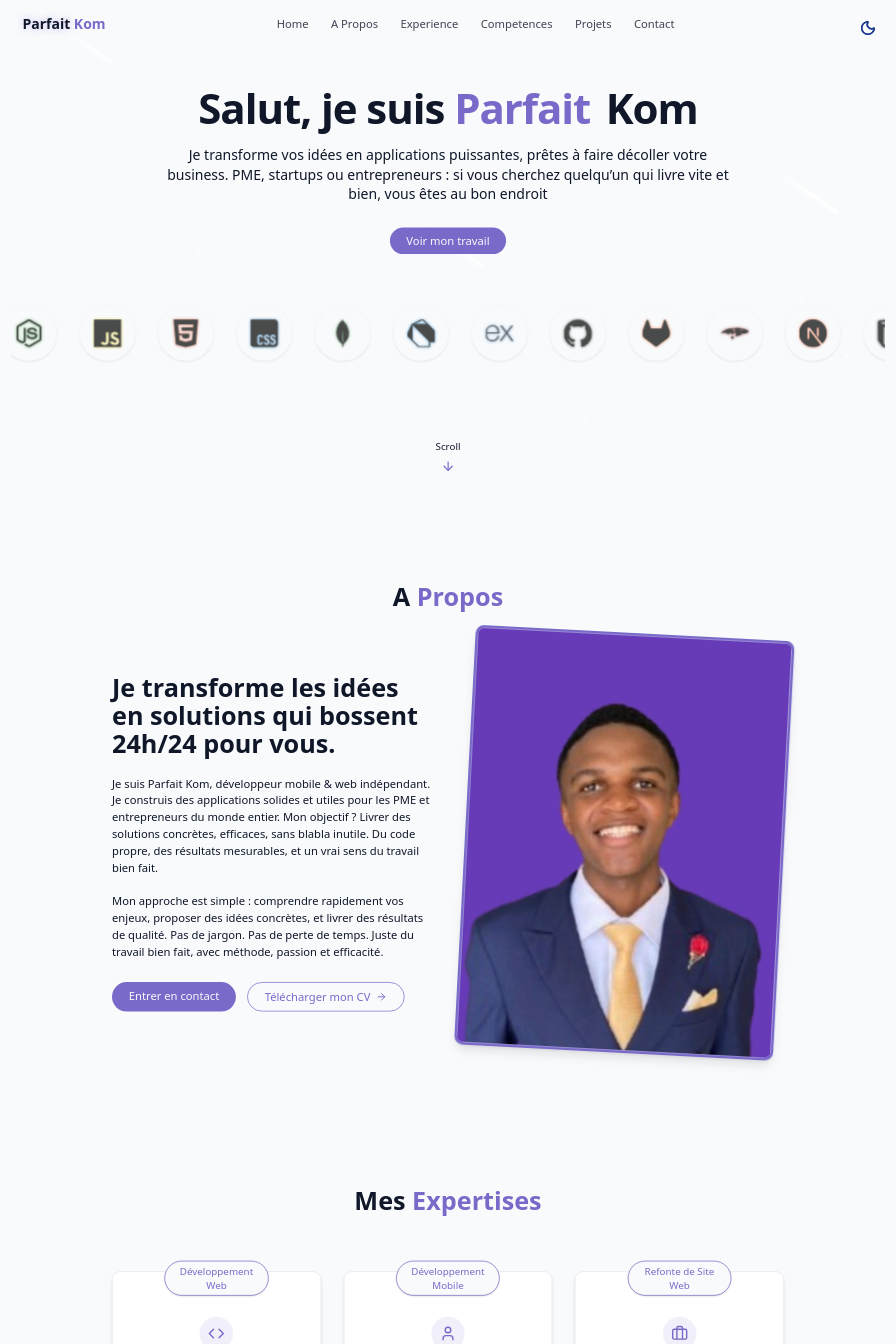
Repository: KOMI18/komi-folio
Page: /
These files come from the project's save history. The page is drawn as it stood at one moment and after the next save; the edit follows.
The browser window is 1280 px wide. The pictures show the part of the page from y = 0 to 1920 px (the page is 6235 px tall), at 70% of full size.
The project was rebuilt for these pictures with package versions that can differ from the ones it lists, and the page was loaded fresh each time. Also part of the build but not shown: vite.config.js, src/pages/NotFound.jsx.

Above is the page before, as saved 2025-06-28 00:04:12.

### index.html
<!doctype html>
<html lang="en">
  <head>
    <meta charset="UTF-8" />
    <link rel="icon" type="image/svg+xml" href="" />
    <meta name="viewport" content="width=device-width, initial-scale=1.0" />
    <title>Parfait Kom</title>
  </head>
  <body>
    <div id="root"></div>
    <script type="module" src="/src/main.jsx"></script>
  </body>
</html>

### src/index.css
@import "tailwindcss";

@theme {
  --color-border: hsl(var(--border));
  --color-background: hsl(var(--background));
  --color-foreground: hsl(var(--foreground));

  --color-primary: hsl(var(--primary));
  --color-primary-foreground: hsl(var(--primary-foreground));

  --color-card: hsl(var(--card));

  --animate-float: float 6s ease-in-out infinite;
  --animate-pulse-subtle: pulse-subtle 4s ease-in-out infinite;
  --animate-fade-in: fade-in 0.7s ease-out forwards;
  --animate-fade-in-delay-1: fade-in 0.7s ease-out 0.2s forwards;
  --animate-fade-in-delay-2: fade-in 0.7s ease-out 0.4s forwards;
  --animate-fade-in-delay-3: fade-in 0.7s ease-out 0.6s forwards;
  --animate-fade-in-delay-4: fade-in 0.7s ease-out 0.8s forwards;
  --animate-meteor: meteor 5s linear infinite;

  @keyframes float {
    0%,
    100% {
      transform: translateY(0);
    }
    50% {
      transform: translateY(-10px);
    }
  }
  @keyframes pulse-subtle {
    0%,
    100% {
      opacity: 1;
    }
    50% {
      opacity: 0.8;
    }
  }
  @keyframes fade-in {
    from {
      opacity: 0;
      transform: translateY(20px);
    }
    to {
      opacity: 1;
      transform: translateY(0);
    }
  }
  @keyframes meteor {
    0% {
      transform: rotate(215deg) translateX(0);
      opacity: 1;
    }
    70% {
      opacity: 1;
    }
    100% {
      transform: rotate(215deg) translateX(-500px);
      opacity: 0;
    }
  }
}

@layer base {
  :root {
    --background: 210 40% 98%;
    --foreground: 222 47% 11%;

    --card: 0 0% 100%;

    --primary: 250 47% 60%;
    --primary-foreground: 210 40% 98%;

    --border: 214 32% 91%;
  }

  .dark {
    --background: 222 47% 4%;
    --foreground: 213 31% 91%;

    --card: 222 47% 8%;

    --primary: 250 65% 65%;
    --primary-foreground: 213 31% 91%;

    --border: 217 33% 20%;
  }

  * {
    @apply border-border;
  }

  html {
    @apply scroll-smooth;
  }

  body {
    @apply bg-background text-foreground transition-colors duration-300;
    font-feature-settings: "rlig" 1, "calt" 1;
  }
}

@utility container {
  margin-inline: auto;
  padding-inline: 2rem;

  @media (width >= 640px) {
    max-width: 640px;
  }
  @media (width >= 768px) {
    max-width: 768px;
  }
  @media (width >= 1024px) {
    max-width: 1024px;
  }
  @media (width >= 1280px) {
    max-width: 1280px;
  }
  @media (width >= 1400px) {
    max-width: 1400px;
  }
}

@utility text-glow {
  @apply relative;
  text-shadow: 0 0 10px rgba(167, 139, 250, 0.5);
}

@utility card-hover {
  @apply transition-transform duration-300 hover:scale-[1.02] hover:shadow-lg;
}

@utility gradient-border {
  @apply relative rounded-md;
  background: linear-gradient(to right, hsl(var(--card)), hsl(var(--card)));
  background-clip: padding-box;
  border: 1px solid transparent;
}

@utility cosmic-button {
  @apply px-6 py-2 rounded-full bg-primary text-primary-foreground font-medium
         transition-all duration-300 hover:shadow-[0_0_10px_rgba(139,92,246,0.5)]
         hover:scale-105 active:scale-95;
}

@utility star {
  @apply absolute rounded-full bg-white;
  box-shadow: 0 0 10px 2px rgba(255, 255, 255, 0.4);
}

@utility meteor {
  @apply absolute bg-linear-to-r from-white via-white to-transparent rounded-full;
  box-shadow: 0 0 10px 5px rgba(255, 255, 255, 0.3);
}

#root {
  max-width: 100%;
  margin: 0 auto;
  padding: 0;
  text-align: center;
}
@keyframes fade-in-up {
  0% {
    opacity: 0;
    transform: translateY(16px);
  }
  100% {
    opacity: 1;
    transform: translateY(0);
  }
}

.animate-fade-in-up {
  animation: fade-in-up 1s ease-out forwards;
}
@keyframes scroll {
  0% { transform: translateX(0); }
  100% { transform: translateX(-50%); }
}
.animate-carousel{
  animation: scroll 5s linear infinite;
}

### src/pages/Home.jsx
import { Navbar } from "../components/Navbar";
import { ThemeToggle } from "../components/ThemeToggle";
import { StarBackground } from "@/components/StarBackground";
import { HeroSection } from "../components/HeroSection";
import { AboutSection } from "../components/AboutSection";
import { SkillsSection } from "../components/SkillsSection";
import { ProjectsSection } from "../components/ProjectsSection";
import { ContactSection } from "../components/ContactSection";
import { Footer } from "../components/Footer";
import {ExperienceSection} from "../components/ExperianceSection"
import { ExpertiseSection } from "../components/ExpertiseSection";
export const Home = () => {
  return (
    <div className="min-h-screen bg-background text-foreground overflow-x-hidden">
      {/* Theme Toggle */}
      <ThemeToggle />
      {/* Background Effects */}
      <StarBackground />

      {/* Navbar */}
      <Navbar />
      {/* Main Content */}
      <main>
        <HeroSection />
        <AboutSection />
        <ExpertiseSection/>
        <ExperienceSection/>
        <SkillsSection />
        <ProjectsSection />
        <ContactSection />
      </main>

      {/* Footer */}
      <Footer />
    </div>
  );
};

### src/components/ui/toaster.jsx
import { useToast } from "@/hooks/use-toast";
import {
  Toast,
  ToastClose,
  ToastDescription,
  ToastProvider,
  ToastTitle,
  ToastViewport,
} from "@/components/ui/toast";

export function Toaster() {
  const { toasts } = useToast();

  return (
    <ToastProvider>
      {toasts.map(function ({ id, title, description, action, ...props }) {
        return (
          <Toast key={id} {...props}>
            <div className="grid gap-1">
              {title && <ToastTitle>{title}</ToastTitle>}
              {description && (
                <ToastDescription>{description}</ToastDescription>
              )}
            </div>
            {action}
            <ToastClose />
          </Toast>
        );
      })}
      <ToastViewport />
    </ToastProvider>
  );
}

### src/components/Navbar.jsx
import { cn } from "@/lib/utils";
import { Menu, X } from "lucide-react";
import { useEffect, useState } from "react";
import { ThemeToggle } from "./ThemeToggle";
const navItems = [
  { name: "Home", href: "#hero" },
  { name: "A Propos", href: "#about" },
  { name: "Experience", href: "#experience" },
  { name: "Competences", href: "#skills" },
  { name: "Projets", href: "#projects" },
  { name: "Contact", href: "#contact" },


];

export const Navbar = () => {
  const [isScrolled, setIsScrolled] = useState(false);
  const [isMenuOpen, setIsMenuOpen] = useState(false);

  useEffect(() => {
    const handleScroll = () => {
      setIsScrolled(window.screenY > 10);
    };

    window.addEventListener("scroll", handleScroll);
    return () => window.removeEventListener("scroll", handleScroll);
  }, []);
  return (
    <nav
      className={cn(
        "fixed w-full z-40 transition-all duration-300",
        isScrolled ? "py-3 bg-background/80 backdrop-blur-md shadow-xs" : "py-5"
      )}
    >
      <div className="container flex items-center justify-between">
        <a
          className="text-xl font-bold text-primary flex items-center"
          href="#hero"
        >
          <span className="relative z-10">
            <span className="text-glow text-foreground"> Parfait  </span>{" "}
            Kom
          </span>
        </a>

        {/* desktop nav */}
        <div className="hidden md:flex space-x-8">
          {navItems.map((item, key) => (
            <a
              key={key}
              href={item.href}
              className="text-foreground/80 hover:text-primary transition-colors duration-300"
            >
              {item.name}
            </a>
          ))}
        </div>

        {/* mobile nav */}

        <div className="flex items-center px-5 justify-end">
          <ThemeToggle />

        <button
          onClick={() => setIsMenuOpen((prev) => !prev)}
          className="md:hidden p-2 text-foreground z-50"
          aria-label={isMenuOpen ? "   Menu" : "Open Menu"}
        >
          {isMenuOpen ? <X size={24} /> : <Menu size={24} />}{" "}
        </button>
        </div>
        <div
          className={cn(
            "fixed inset-0 bg-background/95 backdroup-blur-md z-40 flex flex-col items-center justify-center",
            "transition-all duration-300 md:hidden",
            isMenuOpen
              ? "opacity-100 pointer-events-auto"
              : "opacity-0 pointer-events-none"
          )}
        >
          <div className="flex flex-col space-y-8 text-xl">
            {navItems.map((item, key) => (
              <a
                key={key}
                href={item.href}
                className="text-foreground/80 hover:text-primary transition-colors duration-300"
                onClick={() => setIsMenuOpen(false)}
              >
                {item.name}
              </a>
            ))}
          </div>
        </div>
      </div>
    </nav>
  );
};

### src/components/ThemeToggle.jsx
import { Moon, Sun } from "lucide-react";
import { useEffect, useState } from "react";
import { cn } from "@/lib/utils";

export const ThemeToggle = () => {
  const [isDarkMode, setIsDarkMode] = useState(false);

  useEffect(() => {
    const storedTheme = localStorage.getItem("theme");
    if (storedTheme === "dark") {
      setIsDarkMode(true);
      document.documentElement.classList.add("dark");
    } else {
      localStorage.setItem("theme", "light");
      setIsDarkMode(false);
    }
  }, []);

  const toggleTheme = () => {
    if (isDarkMode) {
      document.documentElement.classList.remove("dark");
      localStorage.setItem("theme", "light");
      setIsDarkMode(false);
    } else {
      document.documentElement.classList.add("dark");
      localStorage.setItem("theme", "dark");
      setIsDarkMode(true);
    }
  };

  return (
    <button
      onClick={toggleTheme}
      className={cn(
        "fixed top-5 right-5 z-30 p-2 rounded-full transition-colors duration-300",
        "focus:outline-none"
      )}
    >
      {isDarkMode ? (
        <Sun className="h-6 w-6 text-yellow-300" />
      ) : (
        <Moon className="h-6 w-6 text-blue-900" />
      )}
    </button>
  );
};

### src/components/StarBackground.jsx
import { useEffect, useState } from "react";

// id, size, x, y, opacity, animationDuration
// id, size, x, y, delay, animationDuration

export const StarBackground = () => {
  const [stars, setStars] = useState([]);
  const [meteors, setMeteors] = useState([]);

  useEffect(() => {
    generateStars();
    generateMeteors();

    const handleResize = () => {
      generateStars();
    };

    window.addEventListener("resize", handleResize);

    return () => window.removeEventListener("resize", handleResize);
  }, []);

  const generateStars = () => {
    const numberOfStars = Math.floor(
      (window.innerWidth * window.innerHeight) / 10000
    );

    const newStars = [];

    for (let i = 0; i < numberOfStars; i++) {
      newStars.push({
        id: i,
        size: Math.random() * 3 + 1,
        x: Math.random() * 100,
        y: Math.random() * 100,
        opacity: Math.random() * 0.5 + 0.5,
        animationDuration: Math.random() * 4 + 2,
      });
    }

    setStars(newStars);
  };

  const generateMeteors = () => {
    const numberOfMeteors = 4;
    const newMeteors = [];

    for (let i = 0; i < numberOfMeteors; i++) {
      newMeteors.push({
        id: i,
        size: Math.random() * 2 + 1,
        x: Math.random() * 100,
        y: Math.random() * 20,
        delay: Math.random() * 15,
        animationDuration: Math.random() * 3 + 3,
      });
    }

    setMeteors(newMeteors);
  };

  return (
    <div className="fixed inset-0 overflow-hidden pointer-events-none z-0">
      {stars.map((star) => (
        <div
          key={star.id}
          className="star animate-pulse-subtle"
          style={{
            width: star.size + "px",
            height: star.size + "px",
            left: star.x + "%",
            top: star.y + "%",
            opacity: star.opacity,
            animationDuration: star.animationDuration + "s",
          }}
        />
      ))}

      {meteors.map((meteor) => (
        <div
          key={meteor.id}
          className="meteor animate-meteor"
          style={{
            width: meteor.size * 50 + "px",
            height: meteor.size * 2 + "px",
            left: meteor.x + "%",
            top: meteor.y + "%",
            animationDelay: meteor.delay,
            animationDuration: meteor.animationDuration + "s",
          }}
        />
      ))}
    </div>
  );
};

### src/components/AboutSection.jsx

import { ArrowRight , Image} from "lucide-react";

export const AboutSection = () => {
  return (
    <section id="about" className="py-24 px-4 bg-background">
       <h2 className="text-3xl md:text-4xl font-bold mb-4 py-4 text-center">
          {" "}
          A <span className="text-primary">Propos</span>
        </h2>
      <div className="container mx-auto max-w-5xl grid grid-cols-1 md:grid-cols-2  gap-12 items-center">
        {/* Image */}
        <div className="order-first md:order-last flex justify-center md:justify-start">
          <div className="w-40 h-40 sm:w-80 sm:h-80 md:w-[500px] md:h-[500px] lg:w-[600px] lg:h-[600px] relative transform rotate-3 rounded-xl overflow-hidden border-4 border-primary shadow-lg transition-transform duration-500 hover:scale-105">
            <img
              src="/projects/parfaitkom.jpeg"
              alt="Parfait Kom"
              className="w-full h-full object-cover"
              width={500}
              height={500}
            />
          </div>
        </div>
        {/* Content */}
        <div className="space-y-6">
          <h2 className="text-3xl md:text-4xl font-bold text-left  md:text-left">
            Je transforme les idées en solutions qui bossent 24h/24 pour vous.
          </h2>

          <p className="text-muted-foreground text-left md:text-left">
            Je suis Parfait Kom, développeur mobile & web indépendant. Je construis des applications solides et utiles pour les PME et entrepreneurs du monde entier. Mon objectif ? Livrer des solutions concrètes, efficaces, sans blabla inutile. Du code propre, des résultats mesurables, et un vrai sens du travail bien fait.
          </p>

          <p className="text-muted-foreground text-left md:text-left">
            Mon approche est simple : comprendre rapidement vos enjeux, proposer des idées concrètes, et livrer des résultats de qualité. Pas de jargon. Pas de perte de temps. Juste du travail bien fait, avec méthode, passion et efficacité.
          </p>

          <div className="flex flex-col sm:flex-row gap-4 pt-2">
            <a href="#contact" className="cosmic-button">
              Entrer en contact
            </a>

            <a
              href="/docs/parfait_kom_cv.pdf"
              download
              className="px-6 py-2 rounded-full border border-primary text-primary hover:bg-primary/10 transition-colors duration-300 flex items-center gap-2"
            >
              Télécharger mon CV <ArrowRight className="w-4 h-4" />
            </a>
          </div>
        </div>
      </div>
    </section>
  );
};

export default AboutSection;

### src/components/SkillsSection.jsx
import { useState } from "react";
import { cn } from "@/lib/utils";

const skills = [
  // Frontend
  { name: "Flutter / Dart", level: 70, category: "frontend" },
  { name: "JavaScript", level: 60, category: "frontend" },
  { name: "React", level: 80, category: "frontend" },
  { name: "Tailwind CSS", level: 90, category: "frontend" },


  // Backend
  { name: "Node.js", level: 80, category: "backend" },
  { name: "Express", level: 75, category: "backend" },
  { name: "MongoDB", level: 70, category: "backend" },

  // Tools
  { name: "Git/GitHub", level: 80, category: "tools" },
  { name: "Postman", level: 80, category: "tools" },
];

const categories = ["Tout", "frontend", "backend", "tools"];

export const SkillsSection = () => {
  const [activeCategory, setActiveCategory] = useState("Tout");

  const filteredSkills = skills.filter(
    (skill) => activeCategory === "Tout" || skill.category === activeCategory
  );
  return (
    <section id="skills" className="py-24 px-4 relative bg-secondary/30">
      <div className="container mx-auto max-w-5xl">
        <h2 className="text-3xl md:text-4xl font-bold mb-12 text-center">
        Mes  <span className="text-primary"> compétences</span>
        </h2>

        <div className="flex flex-wrap justify-center gap-4 mb-12">
          {categories.map((category, key) => (
            <button
              key={key}
              onClick={() => setActiveCategory(category)}
              className={cn(
                "px-5 py-2 rounded-full transition-colors duration-300 capitalize",
                activeCategory === category
                  ? "bg-primary text-primary-foreground"
                  : "bg-secondary/70 text-forefround hover:bd-secondary"
              )}
            >
              {category}
            </button>
          ))}
        </div>

        <div className="grid grid-cols-1 sm:grid-cols-2 lg:grid-cols-3 gap-6">
          {filteredSkills.map((skill, key) => (
            <div
              key={key}
              className="bg-card p-6 rounded-lg shadow-xs card-hover"
            >
              <div className="text-left mb-4">
                <h3 className="font-semibold text-lg"> {skill.name}</h3>
              </div>
              <div className="w-full bg-secondary/50 h-2 rounded-full overflow-hidden">
                <div
                  className="bg-primary h-2 rounded-full origin-left animate-[grow_1.5s_ease-out]"
                  style={{ width: skill.level + "%" }}
                />
              </div>

              <div className="text-right mt-1">
                <span className="text-sm text-muted-foreground">
                  {skill.level}%
                </span>
              </div>
            </div>
          ))}
        </div>
      </div>
    </section>
  );
};

### src/components/Footer.jsx
import { ArrowUp } from "lucide-react";

export const Footer = () => {
  return (
    <footer className="py-12 px-4 bg-card relative border-t border-border mt-12 pt-8 flex flex-wrap justify-between items-center">
      {" "}
      <p className="text-sm text-muted-foreground">
        {" "}
        &copy; {new Date().getFullYear()} Parfait Kom . All rights reserved.
      </p>
      <a
        href="#hero"
        className="p-2 rounded-full bg-primary/10 hover:bg-primary/20 text-primary transition-colors"
      >
        <ArrowUp size={20} />
      </a>
    </footer>
  );
};

### src/components/ExpertiseSection.jsx
import { useEffect } from "react";
import { Code, User, Briefcase } from "lucide-react";

export const ExpertiseSection = () => {
  const services = [
    {
      icon: <Code className="h-6 w-6 text-primary" />,
      title: "Développement Web",
      description:
        "Des sites solides, rapides, pensés pour convaincre et performer. Rien n'est laissé au hasard."
    },
    {
      icon: <User className="h-6 w-6 text-primary" />,
      title: "Développement Mobile",
      description:
        "Des applications mobiles modernes, stables et fluides. Pensées pour vos utilisateurs, conçues pour durer."
    },
    {
      icon: <Briefcase className="h-6 w-6 text-primary" />,
      title: "Refonte de Site Web",
      description:
        "Un site obsolète, c’est un frein. Je repense, restructure et redonne vie à votre présence en ligne."
    }
  ];

  useEffect(() => {
    const observer = new IntersectionObserver(
      (entries) => {
        entries.forEach((entry) => {
          if (entry.isIntersecting) {
            entry.target.classList.add("animate-fade-in-up");
            observer.unobserve(entry.target);
          }
        });
      },
      { threshold: 0.2 }
    );

    const cards = document.querySelectorAll(".expertise-card");
    cards.forEach((card) => observer.observe(card));

    return () => observer.disconnect();
  }, []);

  return (
    <section id="expertise" className="py-24 px-4 bg-background">
      <div className="container max-w-5xl mx-auto text-center">
        <h2 className="text-3xl md:text-4xl font-bold mb-16">
          Mes <span className="text-primary">Expertises</span>
        </h2>

        <div className="grid grid-cols-1 md:grid-cols-3 gap-8 items-end">
          {services.map((service, index) => (
            <div
              key={index}
              className="expertise-card opacity-0 transition-opacity duration-700 ease-out translate-y-4 relative z-10 bg-card border border-border rounded-xl p-6 shadow-md hover:shadow-lg flex flex-col justify-between"
            >
              <div>
                <div className="absolute -top-4 left-1/2 -translate-x-1/2 bg-background px-3 py-1 rounded-full border border-primary text-primary text-sm font-medium shadow">
                  {service.title}
                </div>
                <div className="flex flex-col items-center pt-10 space-y-4">
                  <div className="p-3 rounded-full bg-primary/10">{service.icon}</div>
                  <p className="text-muted-foreground text-sm text-center">
                    {service.description}
                  </p>
                </div>
              </div>
              {index < services.length  && (
                <svg
                  viewBox="0 0 100 50"
                  preserveAspectRatio="none"
                  className="w-full h-8 mt-4"
                >
                  <path
                    d="M0 0 C 50 50, 50 50, 100 0"
                    stroke="#6366f1"
                    strokeWidth="2"
                    fill="none"
                    strokeDasharray="6 4"
                  />
                </svg>
              )}
            </div>
          ))}
        </div>
      </div>
    </section>
  );
};

Loaded but not shown: src/main.jsx (common file); src/App.jsx (common file); src/lib/utils.js (common file); src/hooks/use-toast.js (144 lines, source omitted); src/components/ContactSection.jsx (235 lines, source omitted); src/components/ProjectsSection.jsx (134 lines, source omitted); src/components/ExperianceSection.jsx (117 lines, source omitted); src/components/ui/toast.jsx (102 lines, source omitted); src/components/HeroSection.jsx (82 lines, source omitted)

After the next save:
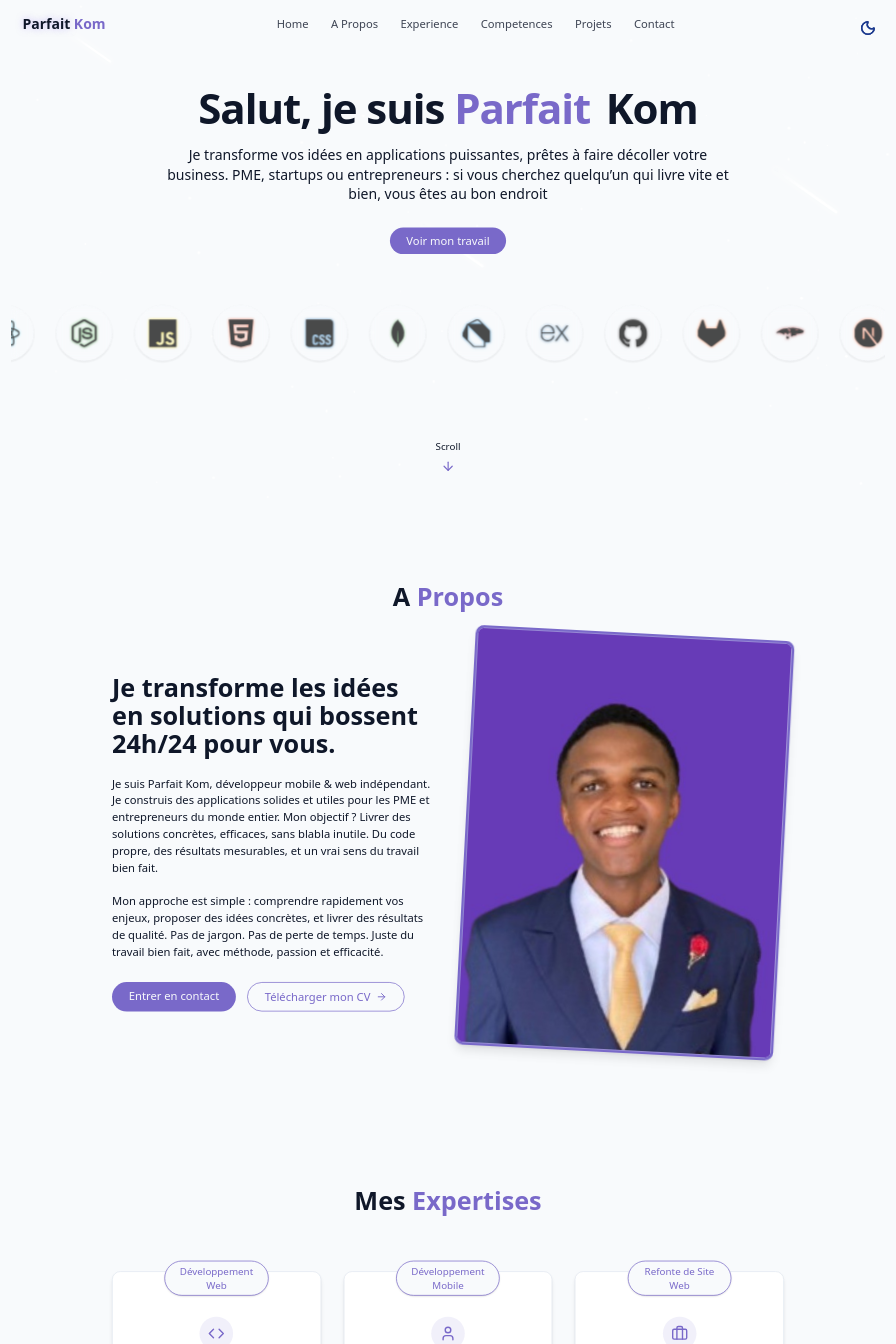
Saved 31 s later.
--- a/src/index.css
+++ b/src/index.css
@@ -179,5 +179,5 @@
   100% { transform: translateX(-50%); }
 }
 .animate-carousel{
-  animation: scroll 5s linear infinite;
+  animation: scroll 25s linear infinite;
 }
